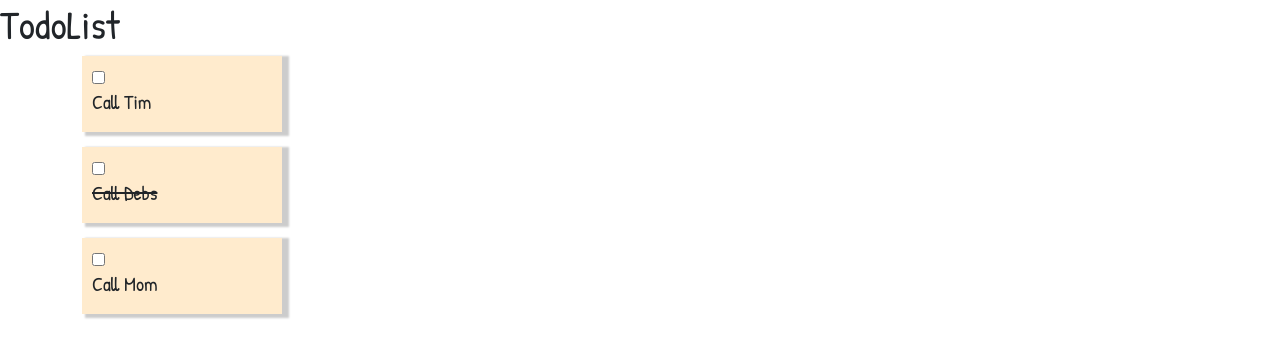
Repository: latenightsnacc/React-Projects
Page: / (app in todolist/)
An editor plug-in stored every save of this project. The page is shown before and after the next save, followed by the edit.
The browser window is 1280 px wide. The pictures show the whole page.
The project was rebuilt for these pictures with package versions that can differ from the ones it lists, and the page was loaded fresh each time.

Above is the page before, as saved 2020-07-02 11:33:24.

After the next save:
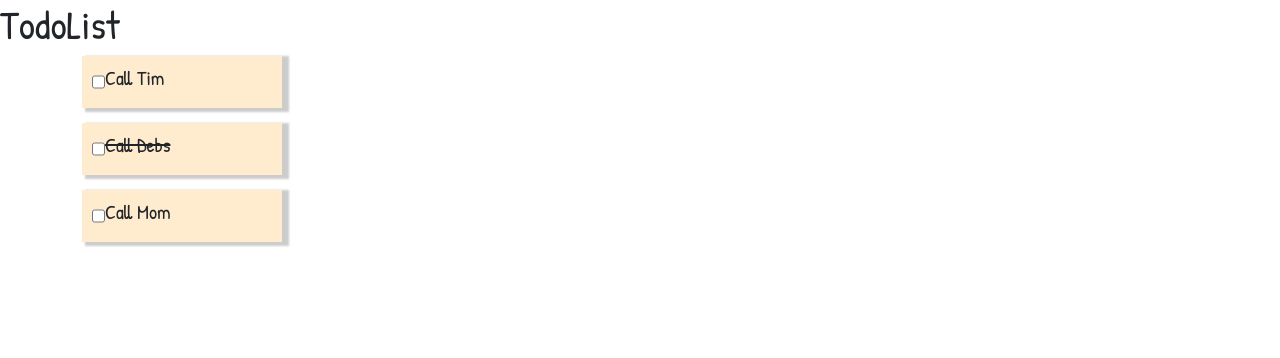
Saved 39 s later.
--- a/todolist/src/components/TodoItem.js
+++ b/todolist/src/components/TodoItem.js
@@ -7,6 +7,7 @@ class TodoItem extends Component {
             background: '#ffebcd',
             width: '200px',
             padding: '10px',
+            display: 'flex',
             marginBottom: '15px',
             boxShadow: '5px 2px 2px 2px #cccccc',
             textDecoration: this.props.task.completed ?
